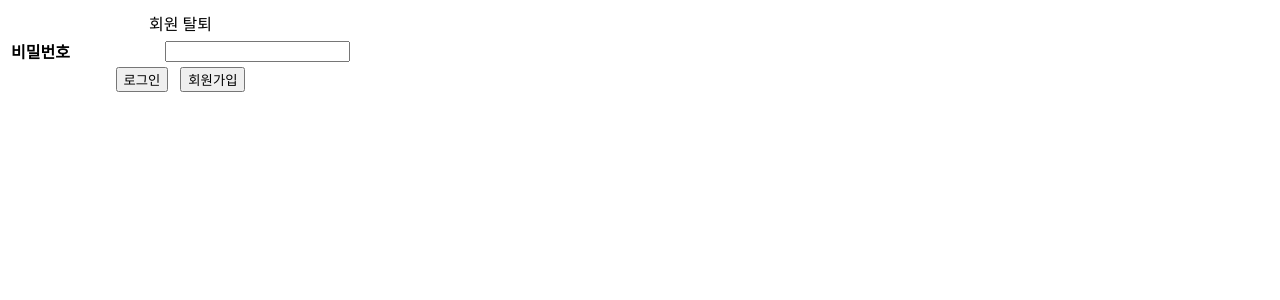
Repository: skeaze7496-max/HomePage
Page: http://localhost/ServletProject/memberone/deleteForm.jsp
These files come from the project's save history. The page is drawn as it stood at one moment and after the next save; the edit follows.
The browser window is 1280 px wide. The pictures show the whole page.
The page is served by Tomcat 9. Nobody is signed in. The application's start-up code is not run. Other server files are loaded and not shown.

Above is the page before, as saved 2026-06-05 02:52:04.

### ServletProject/src/main/webapp/memberone/deleteForm.jsp
<%@ page language="java" contentType="text/html; charset=UTF-8"
    pageEncoding="UTF-8"%>
<!DOCTYPE html>
<html>
<head>
<meta charset="UTF-8">
<title>회원탈퇴</title>
</head>
<body>
<form action="deleteProc.jsp" method="post" name="myForm">
	<table>
		<tr>
			<td colspan="2" align="center">회원 탈퇴</td>
		</tr>
		<tr>
			<td width="150"><b>비밀번호</b></td>
			<td width="110">
				<input type="password" name="pass" size="20">
			</td>
		</tr>
		<tr>
			<td colspan="2" align="center">
			<input type="submit" value="로그인">&nbsp;&nbsp;
			<input type="button" value="회원가입" onclick="javascript:window.location='regForm.jsp'">
			</td>
		</tr>
	</table>



</form>
</body>
</html>

After the next save:
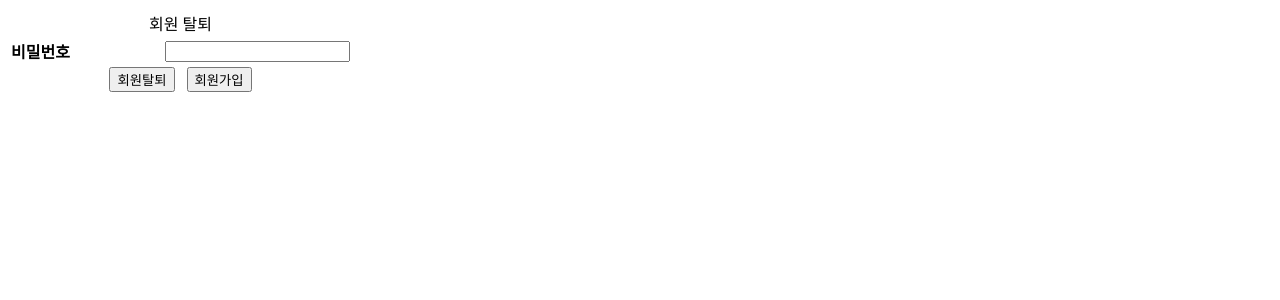
Saved 7 s later.
--- a/ServletProject/src/main/webapp/memberone/deleteForm.jsp
+++ b/ServletProject/src/main/webapp/memberone/deleteForm.jsp
@@ -20,7 +20,7 @@
 		</tr>
 		<tr>
 			<td colspan="2" align="center">
-			<input type="submit" value="로그인">&nbsp;&nbsp;
+			<input type="submit" value="회원탈퇴">&nbsp;&nbsp;
 			<input type="button" value="회원가입" onclick="javascript:window.location='regForm.jsp'">
 			</td>
 		</tr>
